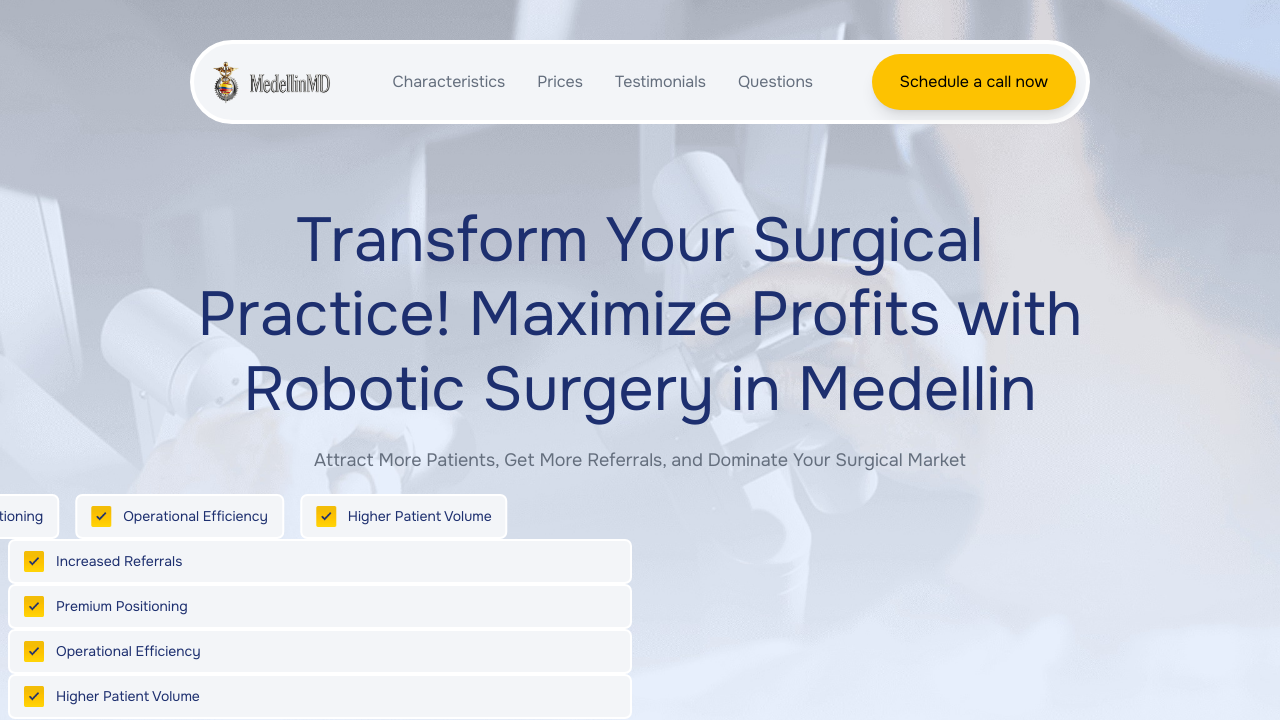
Repository: emmanueltech2019/cmd
Page: /home
An editor plug-in stored every save of this project. The page is shown before and after the next save, followed by the edit.
The browser window is 1280 px wide. The pictures show the whole page.
The project was rebuilt for these pictures with package versions that can differ from the ones it lists, and the page was loaded fresh each time. The framework's server and built-in components were replaced by stand-ins that run in the browser. Also part of the build but not shown: next.config.mjs.

Above is the page before, as saved 2025-05-15 16:39:44.

### src/app/home/page.jsx
import React from 'react'
import Image from 'next/image'
import medellinHero from '@/images/jpg/medellinHero.jpg'
import medellinLogo from '@/images/png/medellinLogo.png'
import medellinCheck from '@/images/png/medellinCheck.png'
import SlideView from '../components/SlideView'
import Button from '../components/Button'

const page = () => {
    const slideViewData = [
        { id: 1, text: 'Increased Referrals', image: medellinCheck },
        { id: 2, text: 'Premium Positioning', image: medellinCheck },
        { id: 3, text: 'Operational Efficiency', image: medellinCheck },
        { id: 4, text: 'Higher Patient Volume', image: medellinCheck },
    ];
  return (
    <>
        <div className={`h-screen w-full`}
            style={{
                backgroundImage: `url(${medellinHero.src})`,
                backgroundSize: 'cover',
                backgroundPosition: 'center',
                backgroundRepeat: 'no-repeat',
            }}
        >
            <nav className='py-5'>
                <div className="w-web-navwidth mx-auto bg-web-navwhite backdrop-blur-md p-web-nav-padding flex justify-between items-center rounded-web-radius border-white border-4 my-5">
                    <div className="w-web-logowidth h-web-logoheight flex justify-center items-center">
                        <Image src={medellinLogo} width={100} height={100} alt='medellin logo' className='w-full' />
                    </div>
                    <ul className="flex gap-web-navgap items-center text-navfontsize">
                        <li>
                            <button className='p-web-nav-padding bg-transparent hover:bg-web-blue text-web-navgray hover:text-white transition-all duration-500 rounded-web-navbtnradius'>Characteristics</button>
                        </li>
                        <li>
                            <button className='p-web-nav-padding bg-transparent hover:bg-web-blue text-web-navgray hover:text-white transition-all duration-500 rounded-web-navbtnradius'>Prices</button>
                        </li>
                        <li>
                            <button className='p-web-nav-padding bg-transparent hover:bg-web-blue text-web-navgray hover:text-white transition-all duration-500 rounded-web-navbtnradius'>Testimonials</button>
                        </li>
                        <li>
                            <button className='p-web-nav-padding bg-transparent hover:bg-web-blue text-web-navgray hover:text-white transition-all duration-500 rounded-web-navbtnradius'>Questions</button>
                        </li>
                    </ul>
                    <Button className='bg-web-yellow hover:bg-web-blue py-4 px-7 transition-all duration-500 hover:text-white shadow-lg rounded-web-radius'>Schedule a call now</Button>
                </div>
            </nav>
            <div className="mt-10 w-[100%] md:w-[70%] mx-auto">
                <h1 className="text-center text-web-blue text-webhero-font leading-webhero-lineheight">Transform Your Surgical Practice! Maximize Profits with Robotic Surgery in Medellin</h1>
                <p className='text-websubhero-font text-web-navgray text-center py-5'>Attract More Patients, Get More Referrals, and Dominate Your Surgical Market</p>
            </div>
            <div className="w-[50%] overflow-hidden">
                <div className="flex whitespace-nowrap animate-slide">
                    {slideViewData.map((item) => (
                        <SlideView key={`a-${item.id}`}>
                            <div className="flex gap-3">
                                <Image src={item.image} alt='medellin check' width={100} height={100} className='w-5' />
                                {item.text}
                            </div>
                        </SlideView>
                    ))}
                </div>

                    {slideViewData.map((item) => (
                        <SlideView key={`b-${item.id}`}>
                            <div className="flex gap-3">
                                <Image src={item.image} alt='medellin check' width={100} height={100} className='w-5' />
                                {item.text}
                            </div>
                        </SlideView>
                    ))}
            </div>
        </div>
    </>
  )
}

export default page

### src/app/globals.css
@import url('https://fonts.googleapis.com/css2?family=Onest:wght@100..900&family=Poppins:ital,wght@0,100;0,200;0,300;0,400;0,500;0,600;0,700;0,800;0,900;1,100;1,200;1,300;1,400;1,500;1,600;1,700;1,800;1,900&display=swap');

*{
  font-family: "Onest", sans-serif;
}

@tailwind base;
@tailwind components;
@tailwind utilities;

@font-face {
  font-family: 'Onset';
  src: url('/src/fonts/Onest-VariableFont_wght.ttf') format('truetype');
  font-weight: 400;
  font-style: normal;
  font-display: swap; /* recommended for better performance */
}

### src/app/components/SlideView.jsx
import React from 'react'

const slideview = ({ children }) => {
  return (
    <div className='p-web-heroslideview bg-web-navwhite border-white border-2 rounded-web-heroslideradius text-web-navfontsize text-web-blue mx-2 flex-shrink-0'>{children}</div>
  )
}

export default slideview

### src/app/components/button.jsx
import React from 'react'

const button = ({children}) => {
  return (
    <button className='bg-web-yellow hover:bg-web-blue py-4 px-7 transition-all duration-500 hover:text-white shadow-lg rounded-web-radius'>{children}</button>
  )
}

export default button

### tailwind.config.js
/** @type {import('tailwindcss').Config} */
export default {
  content: [
    "./index.html",
    "./src/**/*.{js,ts,jsx,tsx}",
  ],
  theme: {
    extend: {
      colors: {
        'web-blue': '#1d2f6f',
        'web-yellow': '#fdc201',
        'web-navwhite': '#f3f5f8',
        'web-navgray': '#646e7d',
      },
      boxShadow: {
        'web-shadow': '#abcbff08 0px 0.602187px 2.28831px 0px,'
      },
      padding: {
        'web-btn-padding': '16px 28px',
        'web-nav-padding': '10px',
        'web-heroslideview': '10px 14px'
      },
      lineHeight: {
        'webhero-lineheight': '74.4px'
      },
      fontSize: {
        'webhero-font': '62px',
        'websubhero-font': '18px',
        'web-navfontsize': '14px'
      },
      width: {
        'web-navwidth': '900px',
        'web-logowidth': '130px',
      },
      height: {
        'web-navheight': '76px',
        'web-logoheight': '56px'
      },
      borderRadius: {
        'web-radius': '99px',
        'web-navbtnradius': '8px',
        'web-heroslideradius': '7px'
      },
      gap: {
        'web-navgap': '12px'
      },
      fontFamily: {
        myFont: ['Onset']
      },
      keyframes: {
        'slide': {
          '0%': { transform: 'translateX(0)' },
          '100%': { transform: 'translateX(-100%)' },
        },
      },
      animation: {
        'slide': 'slide 10s linear infinite',
      },
    },
  },
  plugins: [],
}

Loaded but not shown: src/app/layout.jsx (common file)

After the next save:
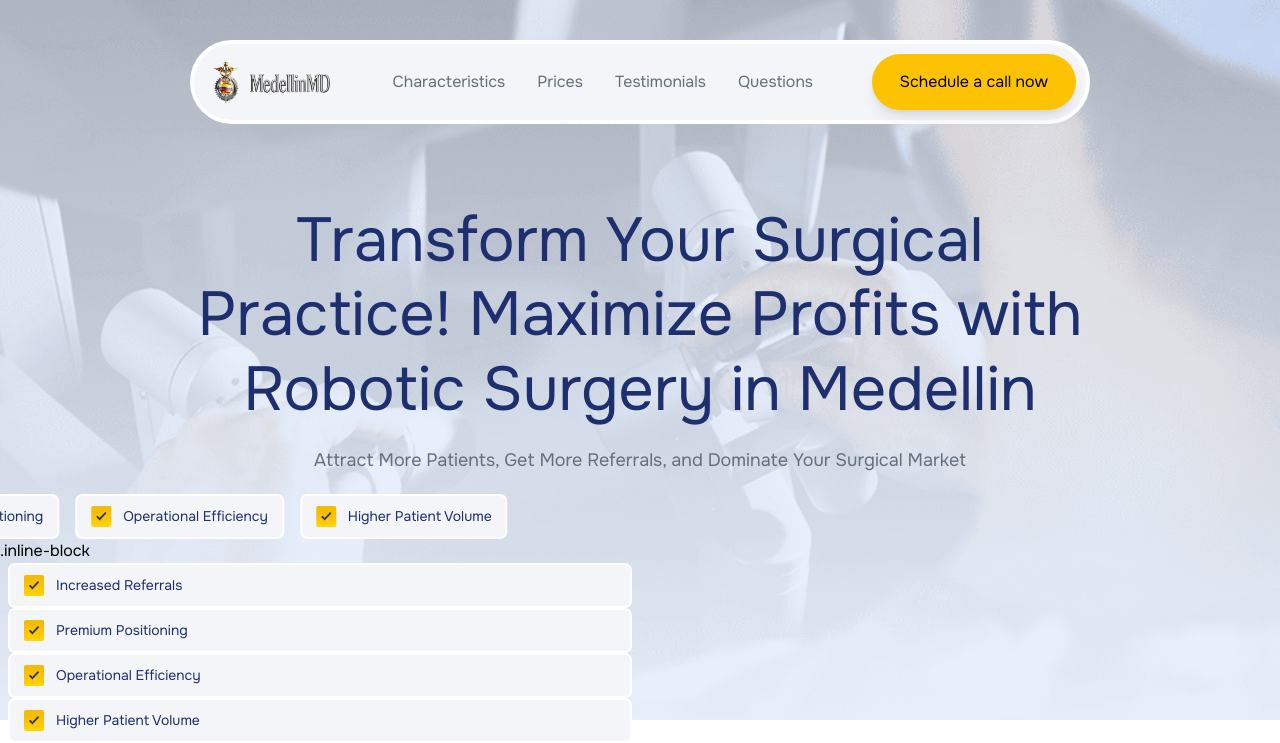
Saved 9 s later.
--- a/src/app/home/page.jsx
+++ b/src/app/home/page.jsx
@@ -60,7 +60,7 @@ const page = () => {
                         </SlideView>
                     ))}
                 </div>
-
+                .inline-block
                     {slideViewData.map((item) => (
                         <SlideView key={`b-${item.id}`}>
                             <div className="flex gap-3">
